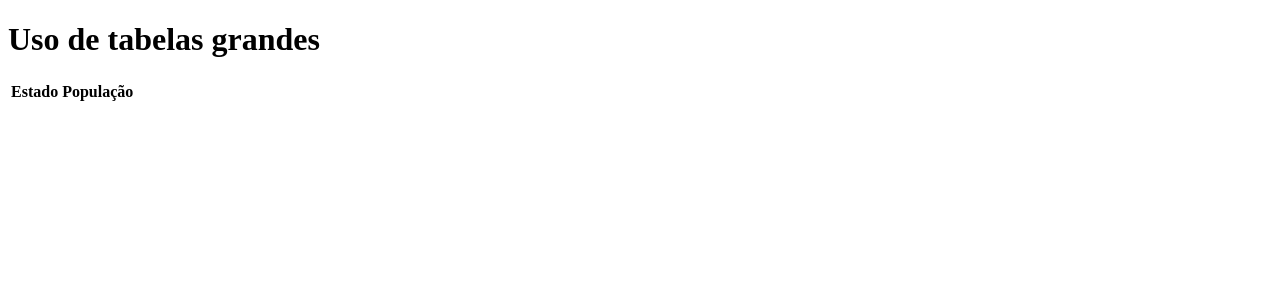
Repository: railsondev/html-css
Page: Módulo3/Exercicios/Ex02 - Tabelas/tabela002.html
These files come from the project's save history. The page is drawn as it stood at one moment and after a run of saves; the edit follows.
The browser window is 1280 px wide. The pictures show the whole page.

Above is the page before, as saved 2024-10-18 17:41:06.

### Módulo3/Exercicios/Ex02 - Tabelas/tabela002.html
<!DOCTYPE html>
<html lang="pt-br">
<head>
  <meta charset="UTF-8">
  <meta name="viewport" content="width=device-width, initial-scale=1.0">
  <title>Tabelas grandes</title>
</head>
<body>
  <h1>Uso de tabelas grandes</h1>
  <table>
    <thead>
      <tr>
        <th>Estado</th>
        <th>População</th>
      </tr>
    </thead>
    <tbody>

    </tbody>
    <tfoot>

    </tfoot>
  </table>
</body>
</html>

After the next 3 saves:
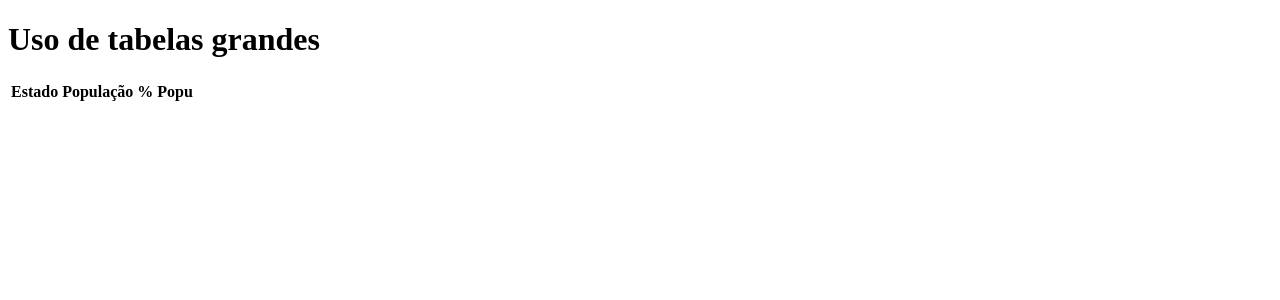
The 3 saves are shown as one change because they came seconds apart.
The last was saved 35 s later.
--- a/Módulo3/Exercicios/Ex02 - Tabelas/tabela002.html
+++ b/Módulo3/Exercicios/Ex02 - Tabelas/tabela002.html
@@ -12,6 +12,7 @@
       <tr>
         <th>Estado</th>
         <th>População</th>
+        <th>% Popu</th>
       </tr>
     </thead>
     <tbody>
